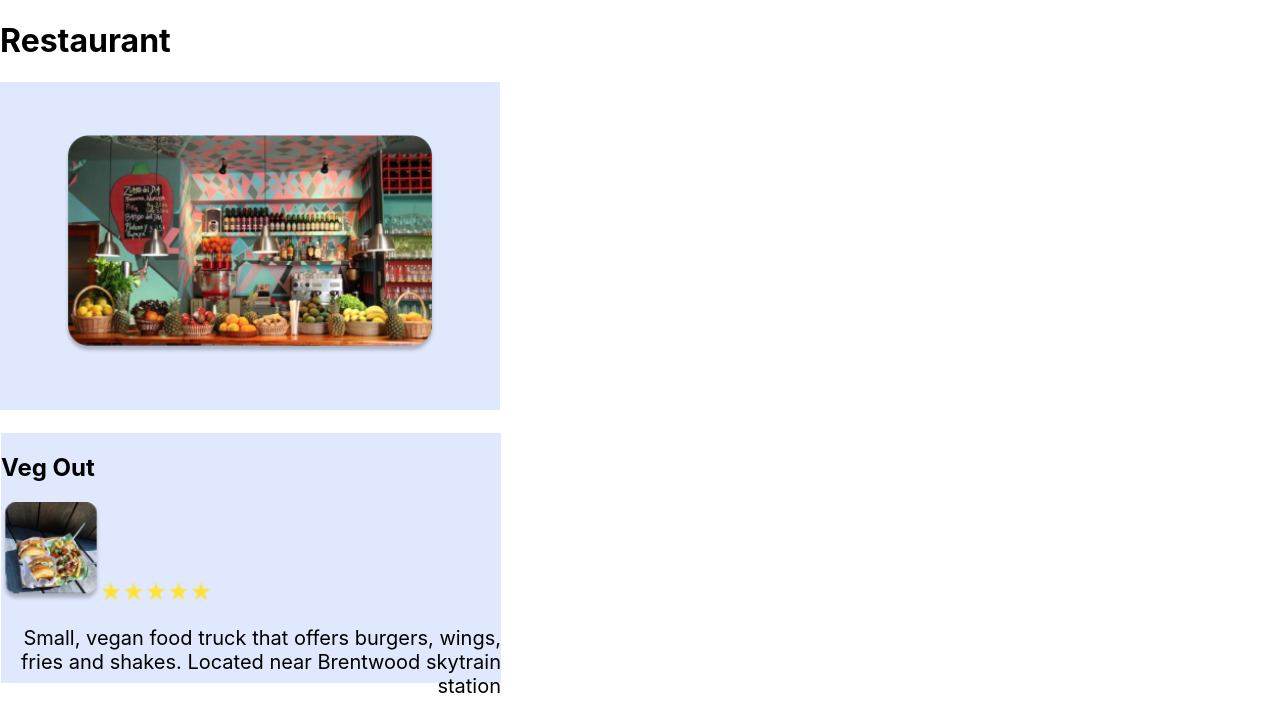
Repository: Kinakopan/design_mindfulEating_site
Page: /restaurant (app in firstapp/)
These files come from the project's save history. The page is drawn as it stood at one moment and after the next save; the edit follows.
The browser window is 1280 px wide. The pictures show the whole page.
The project was rebuilt for these pictures with package versions that can differ from the ones it lists, and the page was loaded fresh each time. The framework's server and built-in components were replaced by stand-ins that run in the browser. Also part of the build but not shown: firstapp/next.config.js.

Above is the page before, as saved 2022-04-20 16:47:59.

### firstapp/pages/restaurant.js
import ImgCard from "../comps/ImgCard";
import RestaurantCard from "../comps/RestaurantCard";
import ReCont from "../comps/RestaurantCard";
import ReImg from "../comps/RestaurantCard";
import Starts from "../comps/RestaurantCard";
import Button from "../comps/RestaurantCard";


export default function Restaurant(){

    return (
    <div>
        <h1>Restaurant</h1>

        <ImgCard
        img="/restaurant.png"
        bg="#E0E8FD"/>


    <main>
        <RestaurantCard>
        </RestaurantCard>
        <br></br>




    </main>
    </div>

    )
}

### firstapp/comps/ImgCard.js
import { Children } from 'react';
import styled from 'styled-components';

const CardCont = styled.div`
    background-color: ${props=>props.cl};
    color: ${props=>props.text_cl};
    min-width: 375px;
    max-width: 500px;
    padding: 1em 3em 1em 3em;
    border-radius: ${props=>props.border_radius}
`;

const DispImage = styled.img`
    width: 100%;
    padding: 1em;
`;

const List = styled.div`
    text-align: right;
`;

export default function ImgCard({
    img="/food1.png",
    bg="#E0E8FD",
    tcl="#08213E",
    title="",
    txt="",
    bor="",
    n1,n2,n3,n4="",
    Children=null

}){

    return <CardCont cl={bg} text_cl={tcl} border_radius={bor}>
        <h1>{title}</h1>
        <DispImage src={img}/>
        <List>
            <h2>{n1}</h2>
            <h2>{n2}</h2>
            <h2>{n3}</h2>
            <h2>{n4}</h2>
        </List>
        <p>{txt}</p>
        {Children}

    </CardCont>
}

### firstapp/comps/RestaurantCard.js

import styled from 'styled-components';


const ReCont = styled.div`
background-color:${props=>props.cl};
width:500px;
align-items: center;
position: absolute;
height: 250px;
left: 1px;
top: 433px;
`
;

const ReImg = styled.img`
width:100px;
padding: 1 1 auto auto;
`;


const Text = styled.p`
font-size: 20px;
text-align: right;

`
;


const ResItem = styled.div`

`
;

const Title = styled.h2`

`
;

const Button = styled.img`
background-color:"red";
height:20px;
`


export default function RestaurantCard({
    img="/veg out.png",
    bg="#E0E8FD",
    h2="Veg Out",
    txt="Small, vegan food truck that offers burgers, wings, fries and shakes. Located near Brentwood skytrain station",


}){

    return <ReCont
    cl={bg} txt={txt}>
    <Title>{h2}</Title>

    <ResItem>

        <ReImg src={img}></ReImg>
        <Button img src="/start rating.png"></Button>
        <Text>{txt}</Text>


    </ResItem>

    </ReCont>
}


//export default function RestaurantCard(){
    //return(
   //     <img src="/veg out.png" />
   // )

//}

Loaded but not shown: firstapp/pages/_app.js (common file); firstapp/styles/globals.css (common file)

After the next save:
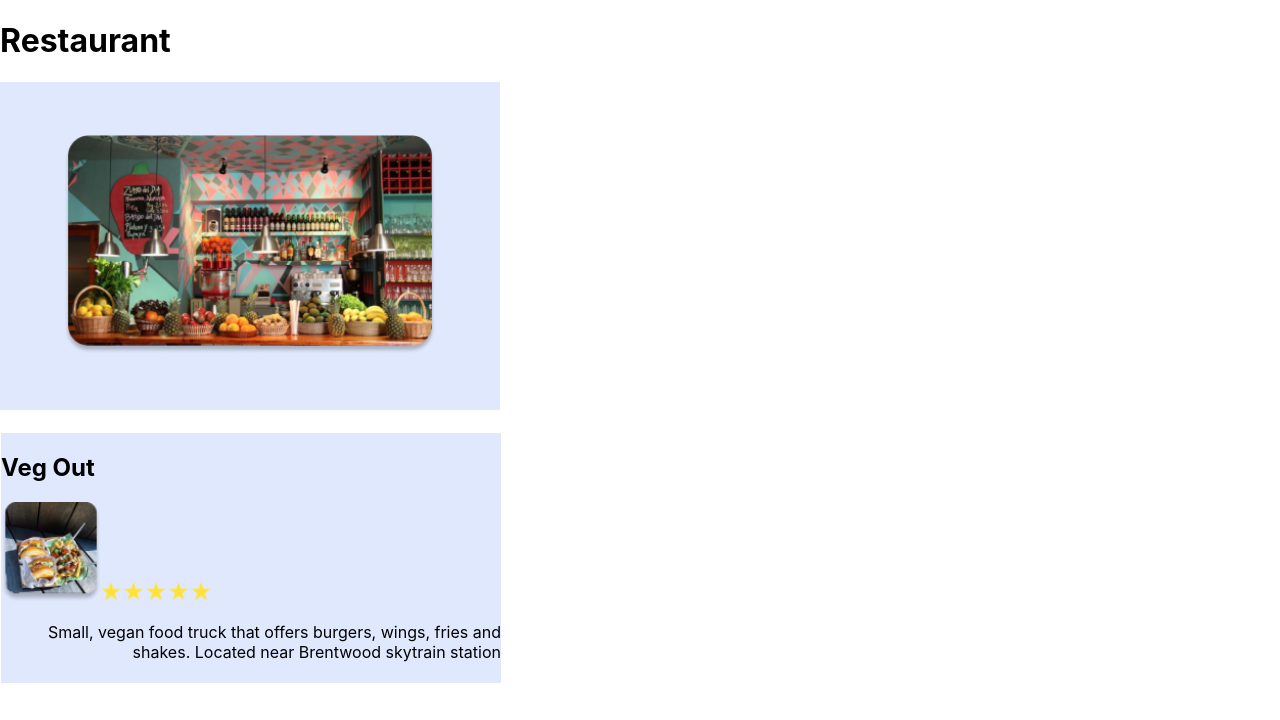
Saved 10 s later.
--- a/firstapp/comps/RestaurantCard.js
+++ b/firstapp/comps/RestaurantCard.js
@@ -20,7 +20,7 @@ padding: 1 1 auto auto;
 
 
 const Text = styled.p`
-font-size: 20px;
+font-size: 16px;
 text-align: right;
 
 `
